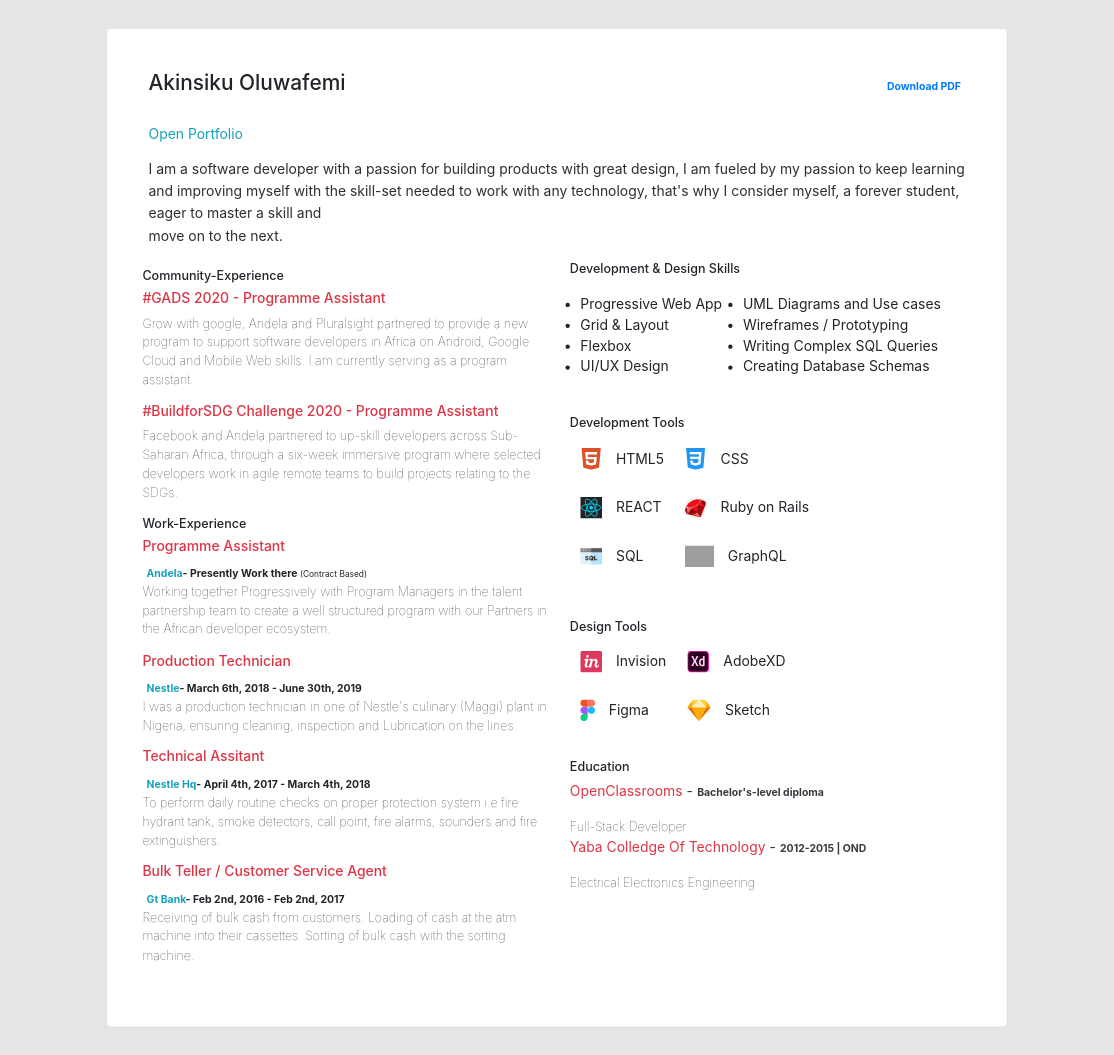
Repository: akinsikuoluwafemi/resume
Page: index.html
The author's editor kept a copy of each file at every save. The page is drawn from the files as they stood at one save, then again after the next save.
The browser window is 1280 px wide. The pictures show the whole page, at 87% of full size.
Pictures or frames that could not be fetched are drawn as grey boxes. The style sheet was rebuilt from its Sass, Less or Tailwind sources for each picture, by a compiler version that may differ from the author's.

Above is the page before, as saved 2020-08-26 19:27:15.

### index.html
<!DOCTYPE html>
<html lang="en">

<head>
    <meta charset="UTF-8">
    <meta name="viewport" content="width=device-width, initial-scale=1.0">
    <meta http-equiv="X-UA-Compatible" content="ie=edge">
    <link rel="shortcut icon" type="image/png" href="./images/new-photo.png">

    <link rel="stylesheet" href="https://stackpath.bootstrapcdn.com/bootstrap/4.3.1/css/bootstrap.min.css" integrity="sha384-ggOyR0iXCbMQv3Xipma34MD+dH/1fQ784/j6cY/iJTQUOhcWr7x9JvoRxT2MZw1T"
        crossorigin="anonymous" />
    <link rel="stylesheet" href="./resume.css">

    <title>Akinsiku Oluwafemi - Software Developer</title>
</head>

<body>

   <div class="col-sm-12 col-lg-10 m-auto">
       <!--  -->
        <div class="p-c container border px-3 py-4 px-lg-5 py-lg-5 ">
            <header class="row">
                <div class="col d-flex align-items-center">
                    <h4 class="header__name mr-auto">Akinsiku Oluwafemi</h4>
                    <a href="./images/newresume.pdf" download="Femi_Akinsiku_resume.pdf" class="badge">Download PDF</a>
                </div>
            </header>
            <div class="row mt-4">
                <a href="https://femiakin.com/" target="_blank" class="col text-info">Open Portfolio</a>
            </div>

            <div class="row mt-3">
                <div class="col">
                    <p class="intro">I am a software developer with a passion for building products with great design, I am
                        fueled by my passion to keep learning and improving myself with the skill-set needed to work with
                        any
                        technology,
                        that's why I consider myself, a forever student, eager to master a skill and <br /> move on to the
                        next. </p>
                </div>
            </div>


            <div class="row">

                <div class="col col-lg-6 p-2  ">
                    <div>
                        <h5 class="item__header">Community-Experience</h5>

                        <h6 class="item__job text-danger">#GADS 2020 - Programme Assistant </h6>
                        <p class="item__description">Grow with google, Andela and Pluralsight partnered to provide a new
                            program to support
                            software developers in Africa on Android, Google Cloud and Mobile Web skills. I am currently
                            serving as a
                            program assistant.</p>

                    </div>

                    <div>



                        <h6 class="item__job text-danger">#BuildforSDG Challenge 2020 - Programme Assistant </h6>


                        <p class="item__description">Facebook and Andela partnered to up-skill developers across
                            Sub-Saharan
                            Africa,
                            through a six-week immersive program where selected developers work in agile remote
                            teams to build projects relating to the SDGs.
                        </p>

                    </div>




                    <!-- here -->
                    <div>
                        <h5 class="item__header">Work-Experience</h5>
                        <h6 class="item__job text-danger">Programme Assistant</h6>
                        <span class="badge"><span class="text-info">Andela</span>- Presently Work there <small>(Contract Based)</small></span>
                        <p class="item__description">Working together Progressively with Program Managers in the talent partnership team to create a well structured program with our Partners in the
                        African developer ecosystem.</p>

                    </div>
                    <div>
                        <h6 class="item__job text-danger">Production Technician</h6>
                        <span class="badge"><span class="text-info">Nestle</span>- March 6th, 2018 - June 30th, 2019 </span>
                        <p class="item__description">I was a production technician in one of Nestle's culinary (Maggi)
                            plant in
                            Nigeria,
                            ensuring cleaning, inspection and Lubrication on the lines.</p>

                    </div>
                    <div>
                        <h6 class="item__job text-danger">Technical Assitant</h6>
                        <span class="badge"><span class="text-info">Nestle Hq</span>- April 4th, 2017 - March 4th, 2018</span>
                        <p class="item__description">To perform daily routine checks on proper protection system i.e fire
                            hydrant tank,
                            smoke detectors, call point, fire
                            alarms, sounders and fire extinguishers.
                        </p>

                    </div>
                    <div>
                        <h6 class="item__job text-danger">Bulk Teller / Customer Service Agent</h6>
                        <span class="badge"><span class="text-info">Gt Bank</span>- Feb 2nd, 2016 - Feb 2nd, 2017 </span>
                        <p class="item__description">Receiving of bulk cash from customers.
                            Loading of cash at the atm machine into their cassettes.
                            Sorting of bulk cash with the sorting machine.</p>

                    </div>
                    <!-- here2 -->


                </div>
                <div class="col col-lg-6 ">

                    <div>
                        <h5 class="item__header ">Development & Design Skills</h5>
                        <div class="d-flex ">
                            <ul class="list__item">
                                <li>Progressive Web App</li>
                                <li>Grid & Layout</li>
                                <li>Flexbox</li>
                                <li>UI/UX Design</li>


                            </ul>
                            <ul class="list__item">
                                <li>UML Diagrams and Use cases</li>
                                <li>Wireframes / Prototyping</li>
                                <li>Writing Complex SQL Queries</li>
                                <li>Creating Database Schemas</li>



                            </ul>
                        </div>


                    </div>

                    <div class="item__container">
                        <h5 class="item__header">Development Tools</h5>
                        <div class="d-flex ">
                            <ul class="list__item">
                                <div class="d-flex  mb-3">
                                    <img src="./images/html5.svg" />
                                    <p class="ml-3">HTML5</p>
                                </div>
                                <div class="d-flex  mb-3">
                                    <img src="./images/react-1.svg" />
                                    <p class="ml-3">REACT</p>
                                </div>
                                <div class="d-flex ">
                                    <img src="./images/sql.svg" />
                                    <p class="ml-3">SQL</p>
                                </div>

                            </ul>
                            <ul class="list__item ">
                                <div class="d-flex  mb-3">
                                    <img src="./images/css-3.svg" />
                                    <p class="ml-3">CSS</p>
                                </div>
                                <div class="d-flex  mb-3">
                                    <img src="./images/ruby.svg" />
                                    <p class="ml-3">Ruby on Rails</p>
                                </div>
                                <div class="d-flex ">
                                    <img src="./images/graphql-icon.svg" />
                                    <p class="ml-3">GraphQL</p>
                                </div>


                            </ul>
                        </div>


                    </div>

                    <!-- here -->

                    <div class="item__contain">
                        <h5 class="item__header">Design Tools</h5>
                        <div class="d-flex ">
                            <ul class="list__item">
                                <div class="d-flex mb-3">
                                    <img src="./images/invision.svg" />
                                    <p class="ml-3">Invision</p>
                                </div>
                                <div class="d-flex ">
                                    <img src="./images/figma-1.svg" />
                                    <p class="ml-3">Figma</p>
                                </div>

                            </ul>
                            <ul class="list__item ">
                                <div class="d-flex  mb-3 ">
                                    <img src="./images/adobe-xd-1.svg" />
                                    <p class="ml-3">AdobeXD</p>
                                </div>
                                <div class="d-flex ">
                                    <img src="./images/sketch-2.svg" />
                                    <p class="ml-3">Sketch</p>
                                </div>


                            </ul>
                        </div>


                    </div>
                    <div class="edu">
                        <h5 class="item__header">Education</h5>
                        <p paragraph><a href="https://www.francecompetences.fr/recherche/rncp/27099/" class="text-danger text-info">OpenClassrooms
                            <span class="text-dark">-</span><span class="badge text-dark">Bachelor's-level diploma</span></a></p>

                        <span class="item__description "><a style="color: #212529" href="https://openclassrooms.com/en/paths/104-full-stack-developer">Full-Stack Developer</a></span>

                        <p class="text-danger paragraph pt-2">Yaba Colledge Of Technology <span class="text-dark">-</span><span class="badge text-dark">2012-2015
                                | OND</span></p>
                        <span class="item__description ">Electrical Electronics Engineering</span>


                    </div>



                </div>

            </div>


        </div>

        <!--  -->
   </div>










    <script src="https://code.jquery.com/jquery-3.3.1.slim.min.js" integrity="sha384-q8i/X+965DzO0rT7abK41JStQIAqVgRVzpbzo5smXKp4YfRvH+8abtTE1Pi6jizo"
        crossorigin="anonymous"></script>
    <script src="https://cdnjs.cloudflare.com/ajax/libs/popper.js/1.14.7/umd/popper.min.js" integrity="sha384-UO2eT0CpHqdSJQ6hJty5KVphtPhzWj9WO1clHTMGa3JDZwrnQq4sF86dIHNDz0W1"
        crossorigin="anonymous"></script>
    <script src="https://stackpath.bootstrapcdn.com/bootstrap/4.3.1/js/bootstrap.min.js" integrity="sha384-JjSmVgyd0p3pXB1rRibZUAYoIIy6OrQ6VrjIEaFf/nJGzIxFDsf4x0xIM+B07jRM"
        crossorigin="anonymous"></script>
</body>

</html>

### resume.scss


body {
    background-color: #E5E5E5;

    -webkit-font-smoothing: antialiased;
  -moz-osx-font-smoothing: grayscale;
}

.container {
    margin: 2rem auto;
    background-color: white;
    border-radius: .3rem;
}

.intro {
    font-size: 1rem;
    color: rgba(0,0,0,0.82);
    line-height: 1.6rem;
}


.text-info:hover{
    text-decoration: none;
}

img {
    height: 25px;
}



.item {

     &__contain {
        margin-bottom: 0rem;
        // background: red;
    }

    &__container {
        margin: 1rem 0!important;
    }

    &__dev {
         font-size: .9rem;
        margin-bottom: 1rem;
    }

    &__header {
        font-size: .9rem;
        margin-bottom: .5rem;
    }

    &__description {
        font-weight: 100;
        font-size: .9rem;
    }

}


.list__item {
    padding: 12px;
}

@media (max-width: 576px) {
    br {
        display: none;
    }
 }

 .paragraph {
   padding: 0!important;
 }

After the next save:
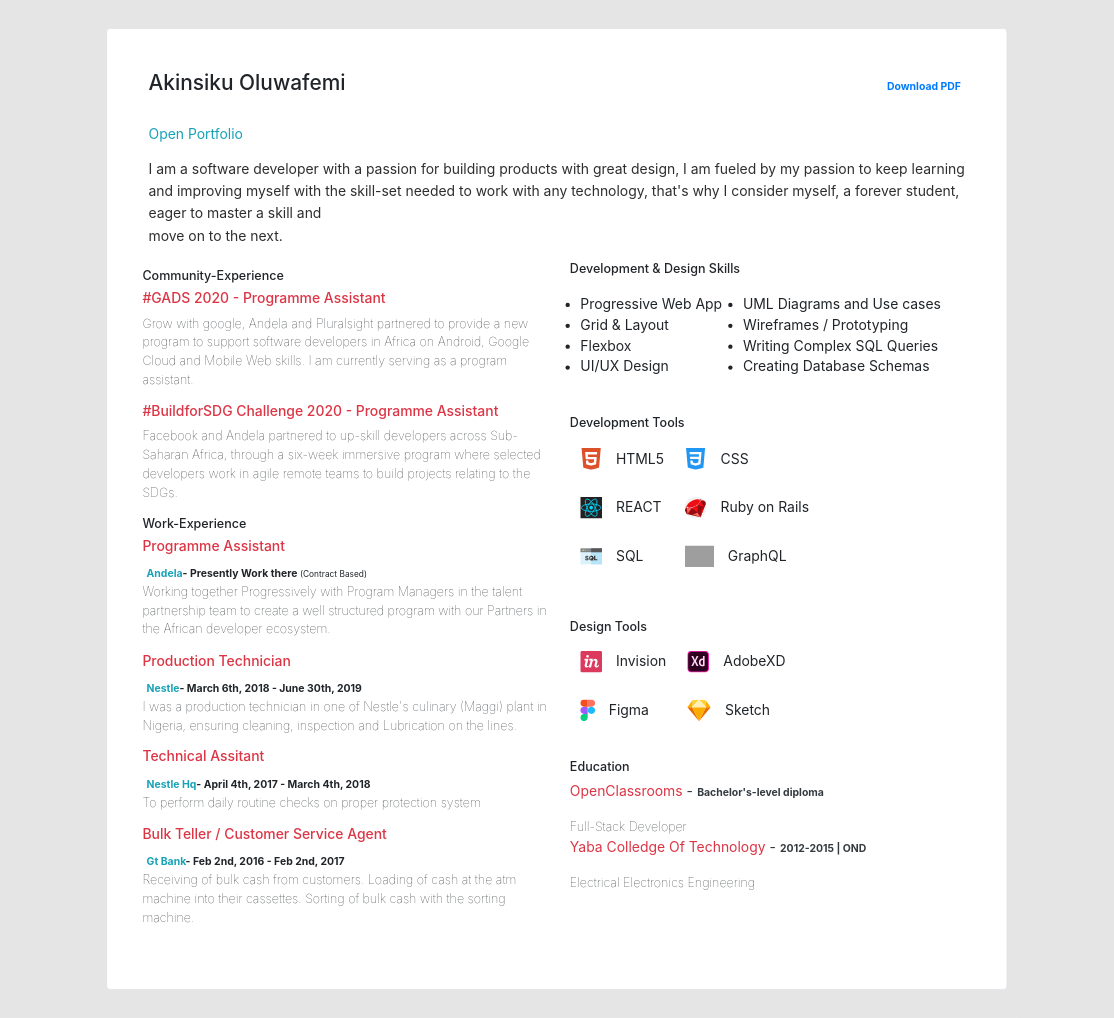
Saved 71 s later.
--- a/index.html
+++ b/index.html
@@ -96,10 +96,7 @@
                     <div>
                         <h6 class="item__job text-danger">Technical Assitant</h6>
                         <span class="badge"><span class="text-info">Nestle Hq</span>- April 4th, 2017 - March 4th, 2018</span>
-                        <p class="item__description">To perform daily routine checks on proper protection system i.e fire
-                            hydrant tank,
-                            smoke detectors, call point, fire
-                            alarms, sounders and fire extinguishers.
+                        <p class="item__description">To perform daily routine checks on proper protection system
                         </p>
 
                     </div>
